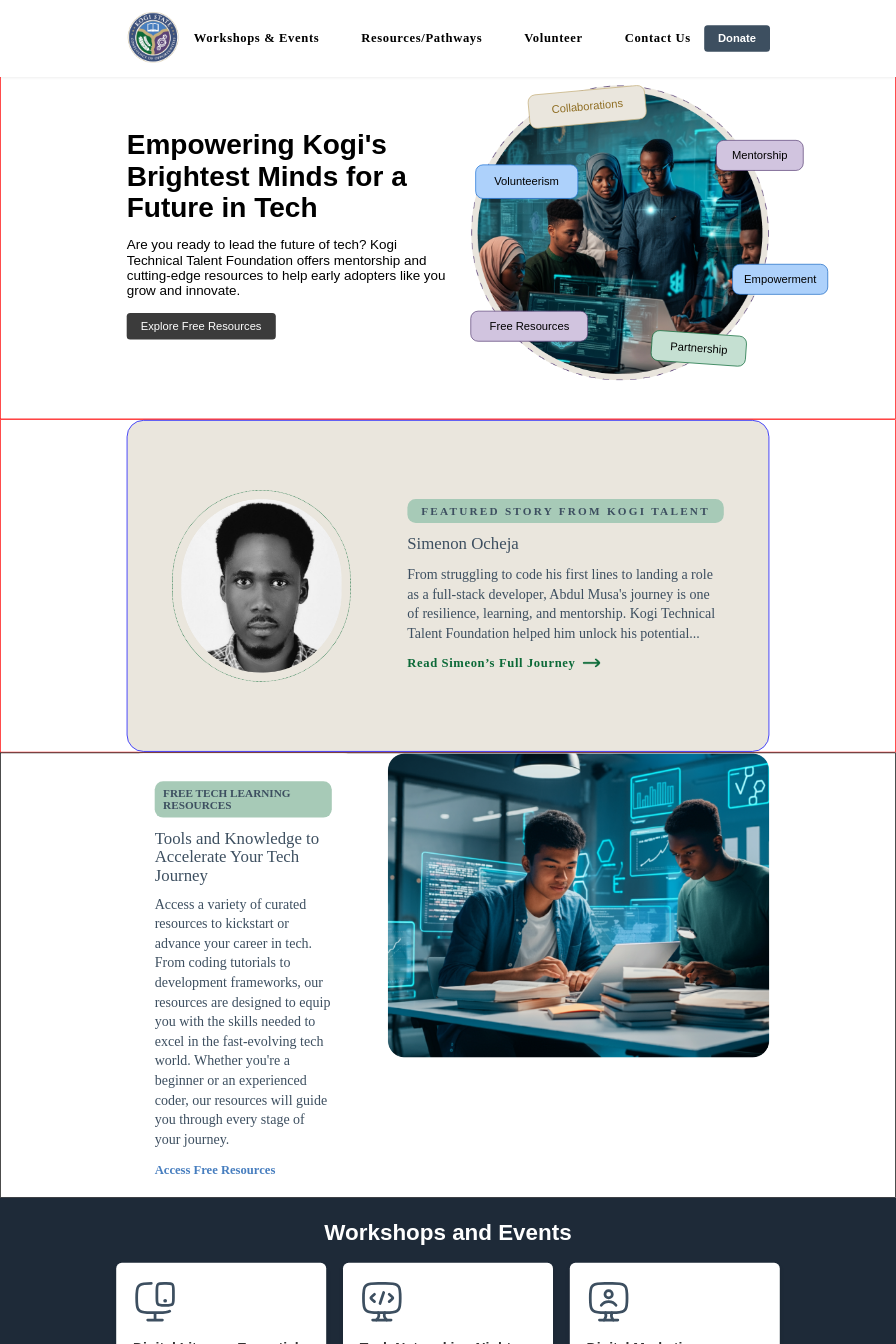
Repository: Cryptim/3MTT-Kogi-Foundation
Page: index.html
The author's editor kept a copy of each file at every save. The page is drawn from the files as they stood at one save, then again after a run of saves.
The browser window is 1280 px wide. The pictures show the part of the page from y = 0 to 1920 px (the page is 7379 px tall), at 70% of full size.

Above is the page before, as saved 2024-11-15 02:35:49.

### index.html
<!DOCTYPE html>
<html lang="en">
  <head>
    <meta charset="UTF-8" />
    <meta name="viewport" content="width=device-width, initial-scale=1.0" />
    <title>Three Million Technical Talent Foundation</title>
    <link rel="stylesheet" href="stlyes/style.css" />
  </head>
  <body>
    <header class="header">
      <div class="logo">
        <img src="assets/images/logo.png" alt="Foundation Logo" />
      </div>
      <nav class="nav">
        <a href="#">Workshops & Events</a>
        <a href="#">Resources/Pathways</a>
        <a href="#">Volunteer</a>
        <a href="#">Contact Us</a>
      </nav>
      <div class="donate-button">
        <button>Donate</button>
      </div>
    </header>
    <!-- Hero sections -->
    <div class="padding hero-section">
      <div class="text-container">
        <h1>Empowering Kogi's Brightest Minds for a Future in Tech</h1>
        <p>
          Are you ready to lead the future of tech? Kogi Technical Talent
          Foundation offers mentorship and cutting-edge resources to help early
          adopters like you grow and innovate.
        </p>
        <div class="explore-button">
          <button>Explore Free Resources</button>
        </div>
      </div>
      <div class="image-container">
        <img
          src="assets/images/Frame 5.png"
          alt="Team working with technology"
        />
        <div class="tag tag-collaborations">Collaborations</div>
        <div class="tag tag-volunteerism">Volunteerism</div>
        <div class="tag tag-mentorship">Mentorship</div>
        <div class="tag tag-empowerment">Empowerment</div>
        <div class="tag tag-free-resources">Free Resources</div>
        <div class="tag tag-partnership">Partnership</div>
      </div>
    </div>
    <!-- Featured Story Section -->
    <div class="padding featuredStoryContainer">
      <div class="featuredStory"
      >
        <div  class="featuredStoryDottedImageLine"
        >
          <img class="featuredStoryImage"
            src="assets/images/Simeon ocheja 1.png"
            alt="Simenon Ocheja"
          />
        </div>
        <div
          style="width: 589px; display: flex; flex-direction: column; gap: 16px"
        >
          <div class="featuredStoryTextContainer"

          >
            <span class="featuredStoryText"

              >Featured Story from Kogi talent</span
            >
          </div>
          <h2 class="featuredStoryName"
          >
            Simenon Ocheja
          </h2>
          <p class="featuredStoryParagraph"
          >
            From struggling to code his first lines to landing a role as a
            full-stack developer, Abdul Musa's journey is one of resilience,
            learning, and mentorship. Kogi Technical Talent Foundation helped
            him unlock his potential...
          </p>
          <div  class="featuredStoryMore">
            <span class="morefeatured"
              >Read Simeon’s Full Journey</span
            >
        <img src="./assets/images/icons/arrow-right-02.png" alt="arrow-right-02">
            </div>
          </div>
        </div>
      </div>
    </div>
    <!-- Free Tech Learning Resources Section -->
    <div  class="freeTechSection"  style="display: flex; gap: 40px ;border: 1px solid black; padding: 0 180px;height: 636px;">
      <div
        style="flex: 1; padding: 40px; background: #fff; border-radius: 24px;width: 568px;height: 436px;"
      >
        <div
          style="
            padding: 8px 12px;
            background: #a7cab7;
            border-radius: 12px;
            display: inline-block;
          "
        >
          <span
            style="
              color: #3d4f60;
              font-size: 16px;
              font-family: Cascadia Code;
              font-weight: 600;
              text-transform: uppercase;
            "
            >Free Tech Learning Resources</span
          >
        </div>
        <h3
          style="
            color: #3d4f60;
            font-size: 24px;
            font-family: Cascadia Code;
            font-weight: 400;
            margin-top: 16px;
          "
        >
          Tools and Knowledge to Accelerate Your Tech Journey
        </h3>
        <p
          style="
            color: #3d4f60;
            font-size: 20px;
            font-family: Cascadia Code;
            font-weight: 300;
            line-height: 1.4;
            margin-top: 12px;
          "
        >
          Access a variety of curated resources to kickstart or advance your
          career in tech. From coding tutorials to development frameworks, our
          resources are designed to equip you with the skills needed to excel in
          the fast-evolving tech world. Whether you're a beginner or an
          experienced coder, our resources will guide you through every stage of
          your journey.
        </p>
        <a
          href="#"
          style="
            color:#477EBF;
            font-size: 18px;
            font-family: Cascadia Code;
            font-weight: 700;
            display: inline-block;
            margin-top: 20px;
            text-decoration: none;
          "
          >Access Free Resources</a
        >
      </div>
      <div style="flex: 1">
        <img
          style="width: 545px;height: 435px; border-radius: 24px"
          src="assets/images/Resources image 1.png"
          alt="Tech Journey"
        />
      </div>
    </div>
    <!-- workshop section -->
    <section class="workshops-section">
      <h2>Workshops and Events</h2>
      <div class="workshops-container">
        <div class="workshop-card">
          <div class="icon">
            <img
              src="assets/images/computer-phone-sync.svg"
              alt="Digital Literacy Icon"
            />
          </div>
          <h3>Digital Literacy Essentials</h3>
          <p>
            This foundational workshop is designed to equip participants with
            the essential skills needed to navigate the digital world
            confidently.
          </p>
          <button>Start Learning</button>
        </div>
        <div class="workshop-card">
          <div class="icon">
            <img
              src="assets/images/computer-programming-01.svg"
              alt="Networking Icon"
            />
          </div>
          <h3>Tech Networking Night</h3>
          <p>
            Expand your professional network at our Tech Networking Night! Meet
            industry leaders, fellow tech enthusiasts, and potential mentors in
            an informal setting.
          </p>
          <button>Save Your Spot</button>
        </div>
        <div class="workshop-card">
          <div class="icon">
            <img
              src="assets/images/computer-video-call.svg"
              alt="Marketing Icon"
            />
          </div>
          <h3>Digital Marketing Masterclass</h3>
          <p>
            This workshop covers SEO, social media strategies, and content
            creation techniques to help participants promote their skills and
            projects online.
          </p>
          <button>Join the Masterclass</button>
        </div>
      </div>
    </section>
    <!--  Event section-->
    <section class="events-section">
      <h2>Upcoming Events</h2>
      <div class="events-container">
        <div class="event-card">
          <img
            src="assets/images/cloud-african 1.png"
            alt="Cloud Computing Workshop"
          />
          <h3>Getting Started with Cloud Computing: A Beginner's Guide</h3>
          <p>
            This introductory workshop will guide you through the fundamentals
            of cloud computing.
          </p>
          <div class="event-info">
            <span class="event-date"
              ><img
                src="assets/images/calendar-01.svg"
                alt="Calendar Icon"
                class="icon"
              />
              December 5, 2024</span
            >
            <span class="event-time"
              ><img
                src="assets/images/alarm-clock.svg"
                alt="Clock Icon"
                class="icon"
              />
              10:00 AM - 12:00 PM</span
            >
          </div>
        </div>
        <div class="event-card">
          <img
            src="assets/images/digital marketing.png"
            alt="Social Media for Entrepreneurs"
          />
          <h3>Mastering Social Media for Digital Entrepreneurs</h3>
          <p>
            Discover content creation strategies, audience engagement
            techniques, and more.
          </p>
          <div class="event-info">
            <span class="event-date"
              ><img
                src="assets/images/calendar-01.svg"
                alt="Calendar Icon"
                class="icon"
              />
              December 5, 2024</span
            >
            <span class="event-time"
              ><img
                src="assets/images/alarm-clock.svg"
                alt="Clock Icon"
                class="icon"
              />
              10:00 AM - 12:00 PM</span
            >
          </div>
        </div>
        <div class="event-card">
          <img
            src="assets/images/python.png"
            alt="Python Programming Workshop"
          />
          <h3>Intro to Python Programming: Building Your First App</h3>
          <p>
            This online workshop is perfect for beginners looking to learn
            Python programming.
          </p>
          <div class="event-info">
            <span class="event-date"
              ><img
                src="assets/images/calendar-01.svg"
                alt="Calendar Icon"
                class="icon"
              />
              December 5, 2024</span
            >
            <span class="event-time"
              ><img
                src="assets/images/alarm-clock.svg"
                alt="Clock Icon"
                class="icon"
              />
              10:00 AM - 12:00 PM</span
            >
          </div>
        </div>
      </div>
    </section>
    <!-- Mentor section -->
    <section class="mentors-section">
      <h2>Meet Our Mentors and Contributors</h2>
      <p>
        Meet Our MAt the heart of the Kogi Technical Talent Foundation is a
        dedicated team of mentors and contributors who are passionate about
        sharing their knowledge and expertise. Our mentors come from diverse
        backgrounds in technology, entrepreneurship, and innovation, providing
        invaluable guidance to help you navigate your career journey. Whether
        you're looking to enhance your coding skills, explore new fields like
        digital marketing, or get advice on launching your own tech startup, our
        mentors are here to support you.
      </p>
      <a href="#" class="explore-link">Explore Our Mentor’s Profile →</a>
      <div class="mentors-container">
        <div class="mentor-card">
          <img src="assets/images/Frame 19.png" alt="Omachoko Arome" />
          <h3>Omachoko Arome</h3>
        </div>
        <div class="mentor-card">
          <img src="assets/images/Frame 20.png" alt="Marian Musa" />
          <h3>Marian Musa</h3>
        </div>
        <div class="mentor-card">
          <img src="assets/images/Frame 21.png" alt="Ismaila Omeiza" />
          <h3>Ismaila Omeiza</h3>
        </div>
        <div class="mentor-card">
          <img src="assets/images/Frame 22.png" alt="Timothy Ignatius" />
          <h3>Timothy Ignatius</h3>
        </div>
      </div>
    </section>
    <!-- Footer -->
    <section>
      <div class="Partners">
        <div class="OurPartners">Our Partners</div>
        <div class="Frame23">
          <div class="NitdaLogo">
            <img
              class="NitdaLogoNewest1RemovebgPreview"
              style="width: 232.86px; height: 113.82px"
              src="https://via.placeholder.com/233x114"
            />
          </div>
          <div class="NitdaLogo">
            <img
              class="MttRemovebgPreview"
              style="width: 232.86px; height: 113.82px"
              src="https://via.placeholder.com/233x114"
            />
          </div>
          <div class="NitdaLogo">
            <img
              class="KogiLogo"
              style="width: 232.86px; height: 113.82px"
              src="https://via.placeholder.com/233x114"
            />
          </div>
          <div class="NitdaLogo">
            <img
              class="MistLogoRemovebgPreview"
              style="width: 232.86px; height: 113.82px"
              src="https://via.placeholder.com/233x114"
            />
          </div>
        </div>
      </div>

      <div class="Footer">
        <div class="Frame24">
          <img class="KogiLogo1" src="https://via.placeholder.com/78x78" />
          <div class="EmpoweringKogiSBrightestMindsForAFutureInTech">
            Empowering Kogi's Brightest Minds for a Future in Tech
          </div>
        </div>

        <div class="NavigataionMenu">
          <div class="Workshops">
            <div class="QuickLinks">Quick Links</div>
          </div>
          <div class="Workshops">
            <div class="WorkshopsEvents">Workshops & Events</div>
          </div>
          <div class="Resources">
            <div class="ResourcesPathways">Resources/Pathways</div>
          </div>
          <div class="Volunteer">
            <div>Volunteer</div>
          </div>
          <div class="ContactUs">
            <div>Contact Us</div>
          </div>
        </div>

        <div class="Frame25">
          <div class="Donate">
            <div>Donate Now</div>
          </div>
          <div class="ContactUs">
            <div class="ConnectWithUs">Connect with Us</div>
          </div>
          <div class="Frame26">
            <div class="Facebook02">
              <div class="Vector"></div>
            </div>
            <div class="NewTwitter">
              <div class="Vector"></div>
            </div>
            <div class="Linkedin02">
              <div class="Vector"></div>
              <div class="Vector"></div>
              <div class="Vector"></div>
            </div>
            <div class="Instagram">
              <div class="Vector"></div>
              <div class="Vector"></div>
              <div class="Vector"></div>
            </div>
          </div>
        </div>
      </div>

      <div class="Frame27">
        <div
          class="AllRightsReserved3mttFellowBiweeklyBuildWithAFellowChallenge2024"
        >
          All rights reserved 3MTT Fellow Biweekly Build With a Fellow Challenge
          ©2024
        </div>
      </div>
    </section>
  </body>
</html>

Loaded but not shown: stlyes/style.css (819 lines, source omitted)

After the next 2 saves:
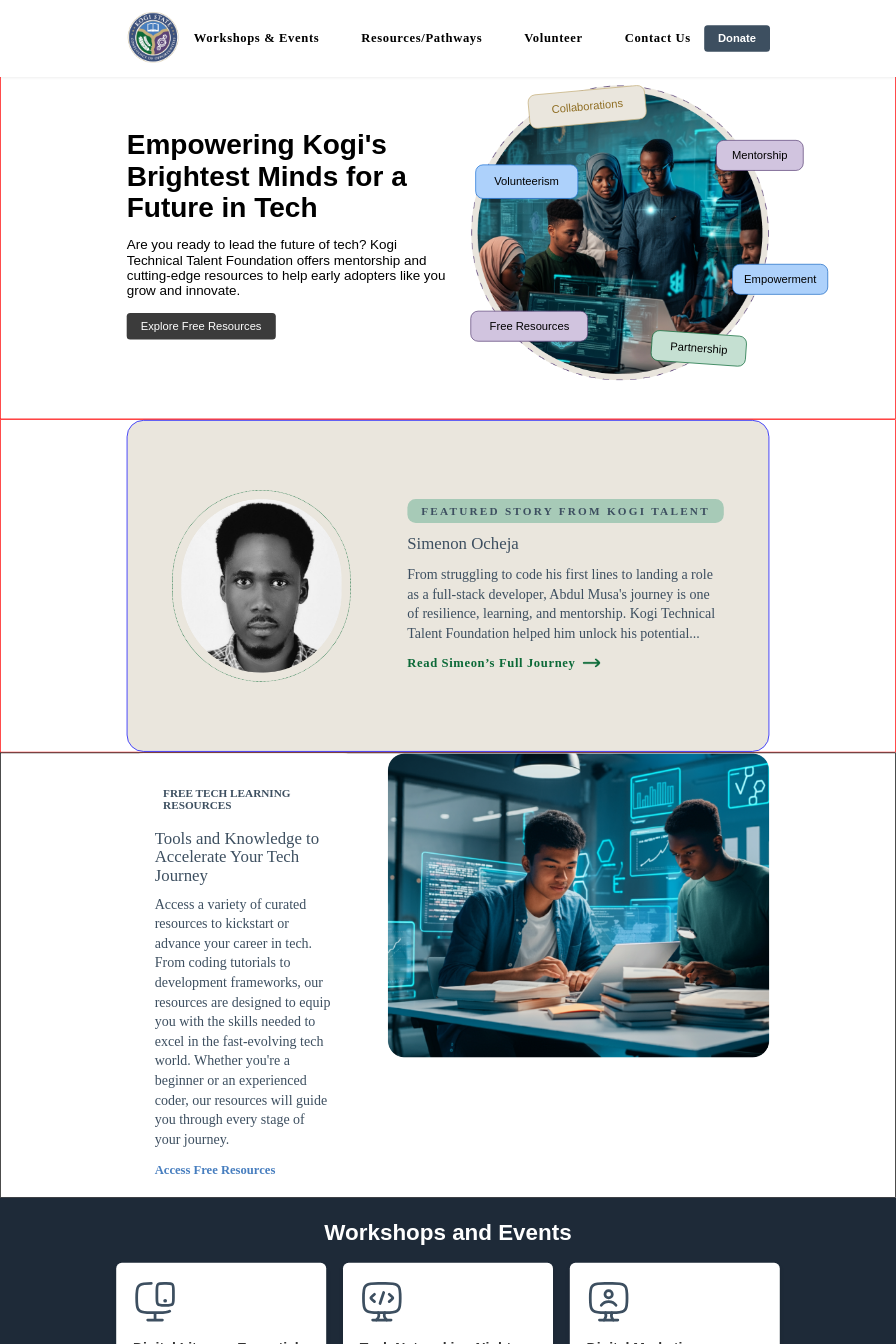
The 2 saves are shown as one change because they came seconds apart.
The last was saved 46 s later.
--- a/index.html
+++ b/index.html
@@ -98,7 +98,8 @@
         <div
           style="
             padding: 8px 12px;
-            background: #a7cab7;
+            background:background: #ADD1FB;
+            ;
             border-radius: 12px;
             display: inline-block;
           "
